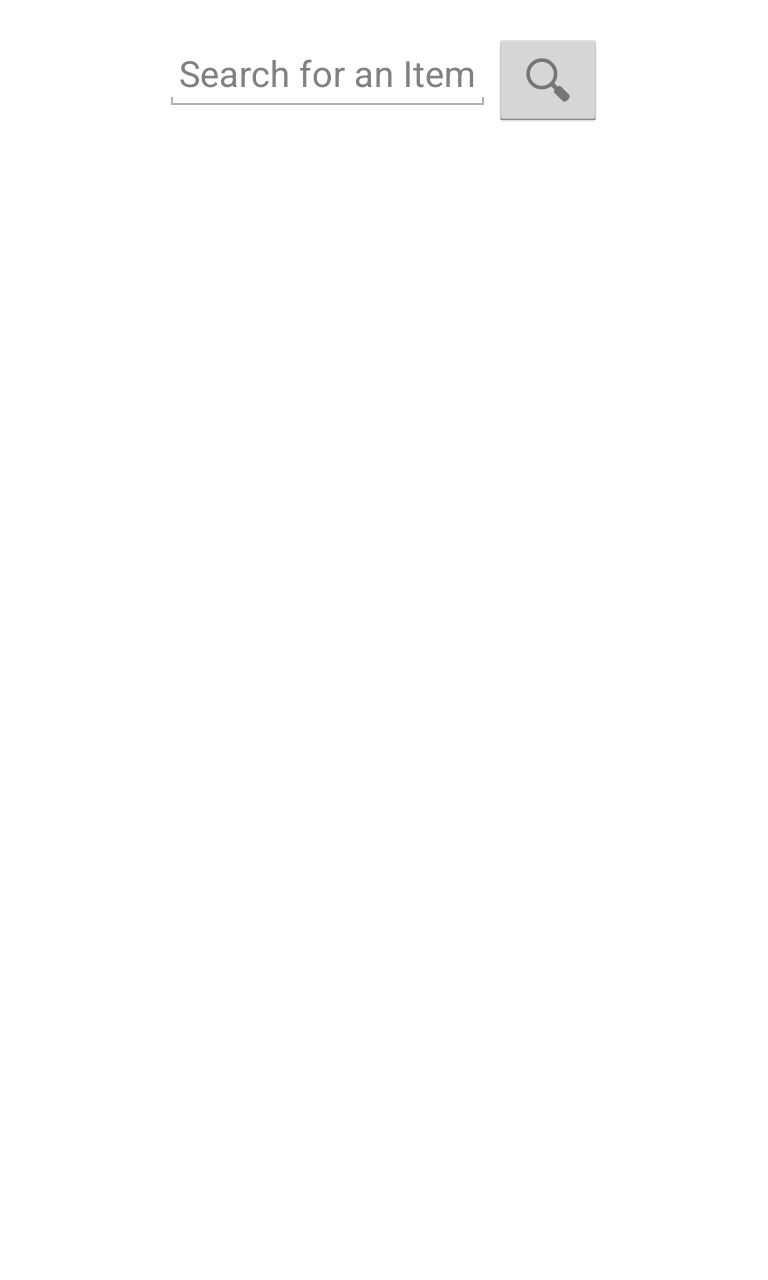
Repository: JieD/nutriy
Layout: NutriY/res/layout/fragment_add.xml
The author's editor kept a copy of each file at every save. The layout is drawn from the files as they stood at one save, then again after the next save.
It is drawn on a 768 x 1280 px phone screen (xhdpi) without system bars, with theme AppTheme; the app's code is not run.

Above is the layout before, as saved 2014-05-15 21:33:50.

### NutriY/res/layout/fragment_add.xml
<?xml version="1.0" encoding="utf-8"?>
<LinearLayout xmlns:android="http://schemas.android.com/apk/res/android"
    android:layout_width="match_parent"
    android:layout_height="match_parent"
    android:orientation="vertical" >

    <LinearLayout
        android:layout_width="wrap_content"
        android:layout_height="wrap_content"
        android:layout_marginTop="@dimen/activity_vertical_margin"
        android:layout_marginBottom="@dimen/small_vertical_margin"
        android:layout_gravity="center_horizontal">

        <EditText
            android:id="@+id/search_item"
            android:layout_width="wrap_content"
            android:layout_height="wrap_content"
            android:layout_weight="3"
            android:hint="@string/item_hint"
            android:inputType="textAutoCorrect"
            android:padding="@dimen/medium_padding" />

        <ImageButton
            android:layout_width="wrap_content"
            android:layout_height="wrap_content"
            android:layout_gravity="center"
            android:layout_weight="1"
            android:src="@drawable/ic_action_search" />

    </LinearLayout>

</LinearLayout>

### NutriY/res/values/colors.xml
<?xml version="1.0" encoding="utf-8"?>
<resources>
    <color name="white">#FFFFFFFF</color>
    <color name="my_green">#FF00BE00</color>
    <color name="my_red">#FFFF0000</color>
    <color name="my_blue">#FF0078BE</color>

    <color name="light_blue">#FFE1EEFF</color>
    <color name="low_light_gray">#FFFAFAFA</color>
    <color name="mid_light_gray">#FFEEEEEE</color>
    <color name="text_gray">#FFAAAAAA</color>

    <color name="empty_pie_blue">#FF8FCEFF</color>
    <color name="pie_blue">#FF0078BE</color>
    <color name="pie_red">#FFFF4444</color>
    <color name="pie_green">#FF99CC00</color>

    <color name="list_background">#FFEEEEEE</color>
    <color name="list_background_pressed">#FF0078BE</color>
</resources>

### NutriY/res/values/dimens.xml
<resources>

    <!-- Default screen margins, per the Android Design guidelines. -->
    <dimen name="activity_horizontal_margin">16dp</dimen>
    <dimen name="activity_vertical_margin">16dp</dimen>
    <dimen name="small_horizontal_margin">8dp</dimen>
    <dimen name="small_vertical_margin">8dp</dimen>

    <dimen name="small_padding">5dp</dimen>
    <dimen name="medium_padding">8dp</dimen>
    <dimen name="large_padding">10dp</dimen>
    <dimen name="extra_large_padding">12dp</dimen>
    <dimen name="navigation_item_padding">20dp</dimen>

    <dimen name="extra_small_text_size">10sp</dimen>
    <dimen name="small_text_size">12sp</dimen>
    <dimen name="medium_text_size">15sp</dimen>
    <dimen name="medium_large_text_size">18sp</dimen>
    <dimen name="large_text_size">20sp</dimen>
    <dimen name="extra_large_text_size">40sp</dimen>

    <dimen name="large_entry_height">50dp</dimen>
    <dimen name="medium_large_entry_height">35dp</dimen>
    <dimen name="medium_entry_height">30dp</dimen>
    <dimen name="small_entry_height">25dp</dimen>
    <dimen name="table_entry_height">20dp</dimen>

</resources>

### NutriY/res/values/strings.xml
<?xml version="1.0" encoding="utf-8"?>
<resources>

    <string name="app_name">NutriY</string>
    <string name="action_settings">Settings</string>

    <string name="date">Today</string>
    <string name="calories_remaining_number">1200</string>
    <string name="calories_remaining">CALORIES REMAINING</string>
    <string name="add_to_diary">Add to Diary</string>
    <string name="goal_calorie_number">1200</string>
    <string name="food_calorie_number">+ 0</string>
    <string name="exercise_calorie_number">- 0</string>
    <string name="net_calorie_number">0</string>
    <string name="uc_goal">GOAL</string>
    <string name="uc_food">FOOD</string>
    <string name="uc_exercise">EXERCISE</string>
    <string name="uc_net">NET</string>
    <string name="goal">Goal</string>
    <string name="total">Total</string>
    <string name="left">Left</string>
    <string name="daily_summary">DAILY SUMMARY</string>
    <string name="total_fat">Total Fat (g)</string>
    <string name="saturated_fat">Saturated (g)</string>
    <string name="trans_fat">Trans (g)</string>
    <string name="cholesterol">Cholesterol (mg)</string>
    <string name="sodium">Sodium (mg)</string>
    <string name="potassium">Potassium (mg)</string>
    <string name="total_carbs">Total Carbs (g)</string>
    <string name="fiber">Dietary Fiber (g)</string>
    <string name="sugar">Sugars (g)</string>
    <string name="protein">Protein (g)</string>
    <string name="vit_A">Vitamin A</string>
    <string name="vit_C">Vitamin C</string>
    <string name="calcium">Calcium</string>
    <string name="iron">Iron</string>
    <string name="default_number">0</string>

    <string name="meals">MEALS</string>
    <string name="water_upcase">WATER</string>
    <string name="notes">NOTES</string>
    <string name="breakfast">Breakfast</string>
    <string name="lunch">Lunch</string>
    <string name="dinner">Dinner</string>
    <string name="snacks">Snacks</string>
    <string name="cardiovascular">Cardiovascular</string>
    <string name="strength">Strength</string>
    <string name="water">Water</string>
    <string name="food_notes">Food Notes</string>
    <string name="exercise_notes">Exercise Notes</string>

    <!-- Add Entry List Headers -->
    <string-array name="add_entry_list_header_array">
        <item>MEALS</item>
        <item>EXERCISE</item>
        <item>WATER</item>
        <item>NOTES</item>
    </string-array>

    <!-- Add Entry List Meal Items -->
    <string-array name="meal_child_array">
        <item>Breakfast</item>
	    <item>Lunch</item>
	    <item>Dinner</item>
	    <item>Snacks</item>
    </string-array>

    <!-- Add Entry List Exercise Items -->
    <string-array name="exercise_child_array">
        <item>Cardiovascular</item>
	    <item>Strength</item>
    </string-array>

    <!-- Add Entry List Water Items -->
    <string-array name="water_child_array">
        <item>Water</item>
    </string-array>

    <!-- Add Entry List Note Items -->
    <string-array name="note_child_array">
        <item>Food Notes</item>
	    <item>Exercise Notes</item>
    </string-array>

    <!-- Nav Drawer Menu Items -->
    <string-array name="navigations_array">
        <item>Home</item>
        <item>Diary</item>
        <item>Nutrition</item>
        <item>Progress</item>
        <item>Goals</item>
        <item>Settings</item>
    </string-array>

    <!-- Nav Drawer List Item Icons -->
    <!-- Keep them in order as the titles are -->
    <array name="nav_drawer_icons">
        <item>@drawable/ic_menu_home</item>
        <item>@drawable/ic_action_collection</item>
        <item>@drawable/ic_action_data_usage</item>
        <item>@drawable/ic_action_picture</item>
        <item>@drawable/ic_action_good</item>
        <item>@drawable/ic_action_settings</item>
    </array>

    <!-- Content Description -->
    <string name="desc_list_item_icon">Item Icon</string>

    <string name="drawer_open">Slider Menu Opened</string>
    <string name="drawer_close">Slider Menu Closed</string>

    <string name="calorie_breakdown">CALORIE BREAKDOWN</string>
    <string name="Carbohydrates">Carbohydrates</string>
    <string name="Fat">Fat</string>
    <string name="Protein">Protein</string>
    <string name="carbs_goal">50 %</string>
    <string name="fat_goal">30 %</string>
    <string name="protein_goal">20 %</string>

	<string name="item_hint">Search for an Item</string>
</resources>

Loaded but not shown: NutriY/res/values/styles.xml (common file); NutriY/res/values-v11/styles.xml (common file); NutriY/res/values-v14/styles.xml (common file)

After the next save:
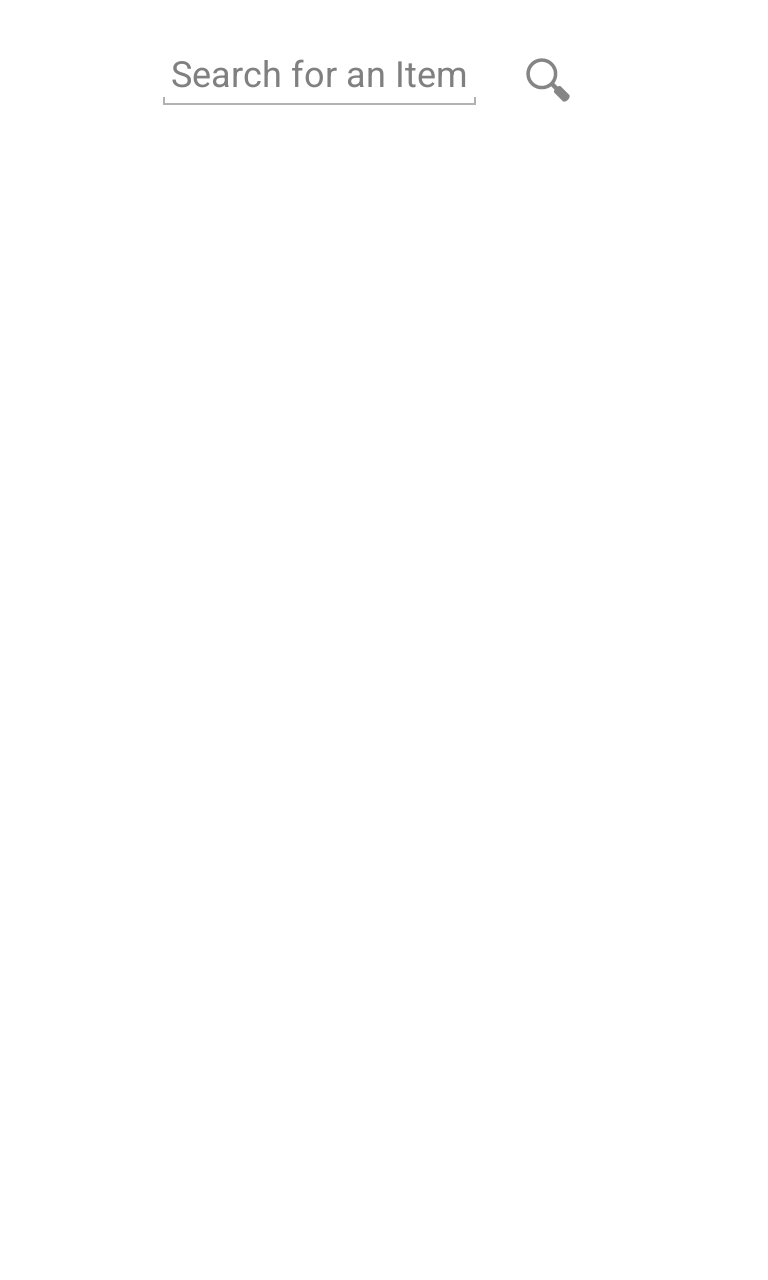
Saved 31 s later.
--- a/NutriY/res/layout/fragment_add.xml
+++ b/NutriY/res/layout/fragment_add.xml
@@ -25,7 +25,8 @@
             android:layout_height="wrap_content"
             android:layout_gravity="center"
             android:layout_weight="1"
-            android:src="@drawable/ic_action_search" />
+            android:src="@drawable/ic_action_search"
+            style="?android:attr/borderlessButtonStyle"  />
 
     </LinearLayout>
 

After the save that followed:
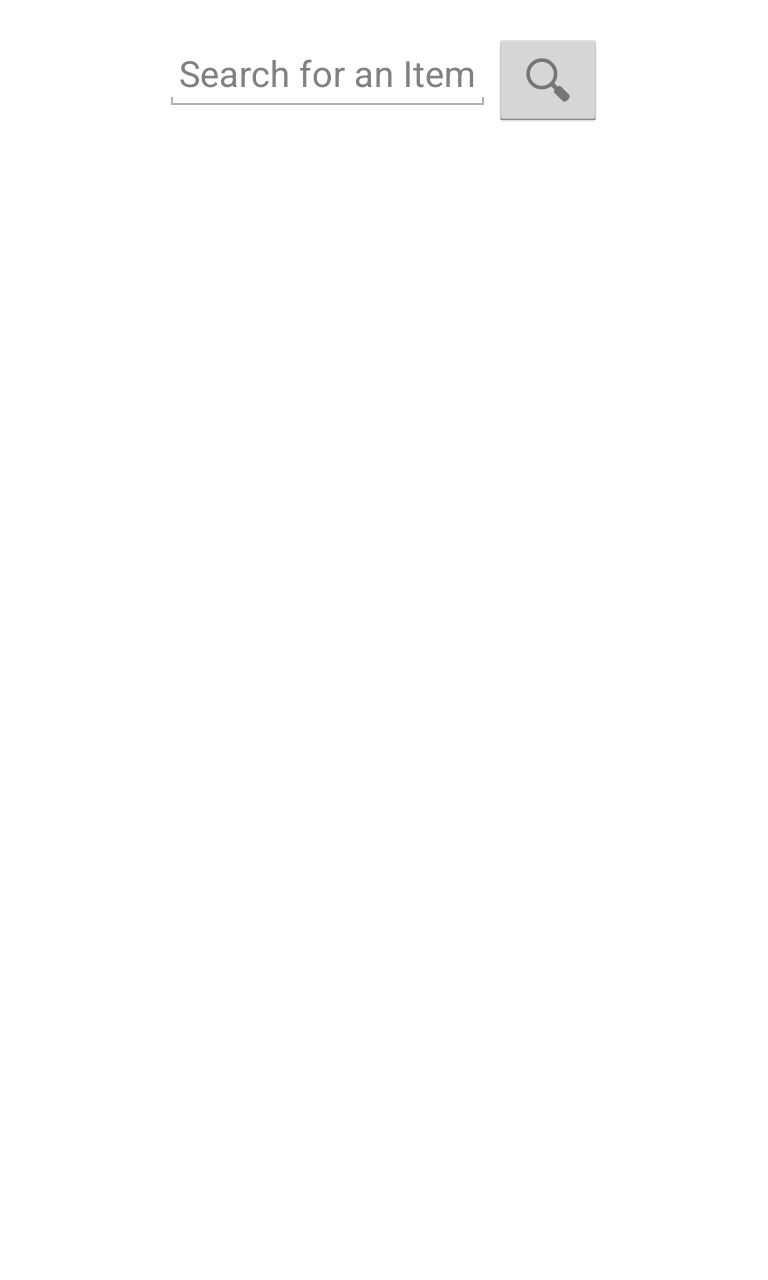
Saved 10 s later.
--- a/NutriY/res/layout/fragment_add.xml
+++ b/NutriY/res/layout/fragment_add.xml
@@ -25,8 +25,7 @@
             android:layout_height="wrap_content"
             android:layout_gravity="center"
             android:layout_weight="1"
-            android:src="@drawable/ic_action_search"
-            style="?android:attr/borderlessButtonStyle"  />
+            android:src="@drawable/ic_action_search" />
 
     </LinearLayout>
 
